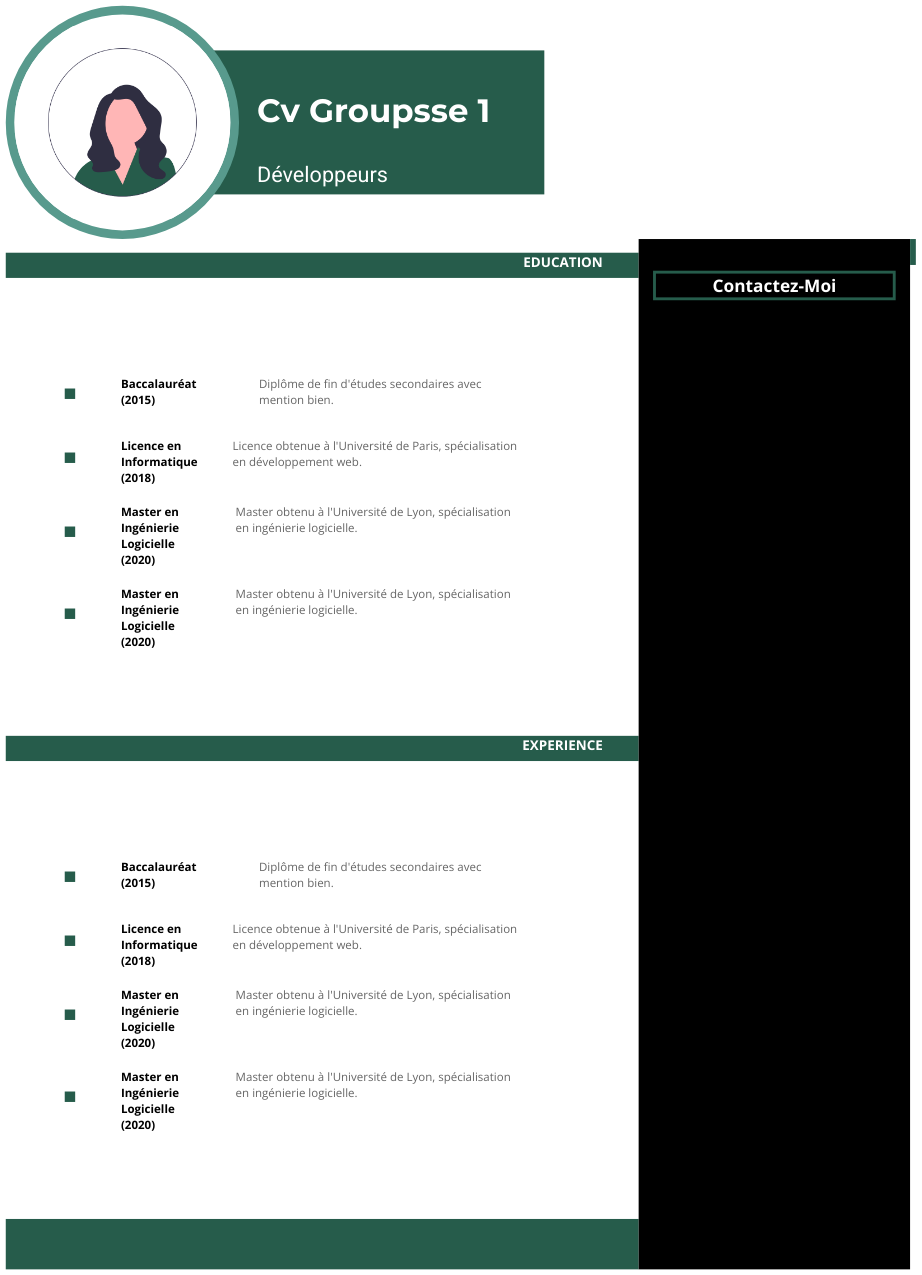
Repository: NdiongueFH/Mon_CV
Page: CV_Groupe1.html
The author's editor kept a copy of each file at every save. The page is drawn from the files as they stood at one save, then again after the next save.
The browser window is 1280 px wide. The pictures show the whole page, at 72% of full size.

Above is the page before, as saved 2024-08-04 18:29:31.

### CV_Groupe1.html
<!DOCTYPE html>
<html lang="fr">
<head>
    <meta charset="UTF-8">
    <meta name="viewport" content="width=device-width, initial-scale=1.0">
    <!--Lin Font Awesome-->
    <link rel="stylesheet" href="https://cdnjs.cloudflare.com/ajax/libs/font-awesome/6.0.0-beta3/css/all.min.css" integrity="sha384-k6RqeWeci5ZR/Lv4MR0sA0FfDOMq0Vd5f3QEOQ2B7t9/o3r5ABTTHh1J/mFXP3j8" crossorigin="anonymous">
    <!--Intégration de police d'écriture via un lien web-->
    <link href="https://fonts.googleapis.com/css2?family=Montserrat:wght@400;700&family=Open+Sans:wght@400;700&family=Roboto:wght@400;500&display=swap" rel="stylesheet">
    <!--Intégration de notre lien CSS-->
    <link rel="stylesheet" href="CV_Groupe1.css">
    <title>MON CV</title>

</head>
<body>
    <!--section principale-->
    <section id="principal">

        <!--Début Partie Ndiawar-->

        <!--la partie profile de notre cv-->
        <section id="profile">
            <!--identité-->
            <div id="identite">
                <!--image-->
                <div class="image">
                    <img id="image_profil" src="./image/profil.png" alt="" sizes="30" srcset="">
                </div>
                <!--fin image-->
                <!--debut nom-->
                <div class="nom">
                    <h1 id="name_cv">Cv Groupsse 1</h1>
                    <span id="function">Développeurs</span>
                </div>
                <!--fin nom-->
            </div>
            <!--fin identité-->
        </section>
        <!--fin de la partie profile-->

        <!--Fin Partie Ndiawar Diop-->


        <!--le debut du corp de notre cv-->
        <section  id="renseignement">
            <!--corp -->
            <div id="corps">
                <!--debut blanc-->
                <div class="blanc">


                    <!--Début Partie Anta Maguette Faye-->


                    <!--education-->
                    <div class="edu_exp">
                        <!--titre education-->
                        <div class="titre_edu_exp">
                            <h1 class="h1_titr">
                                EDUCATION
                            </h1>
                        </div>
                        <!--fin titre education-->
                        <!--parti education-->
                        <div id="info_edu">
                            <ul class="liste-diplomes">
                                <li>
                                    <div class="info">
                                        <span class="diplome">Baccalauréat</span>
                                        <span class="annee">(2015)</span>
                                    </div>
                                    <p class="description">Diplôme de fin d'études secondaires avec mention bien.</p>
                                </li>
                                <li>
                                    <div class="info">
                                        <span class="diplome">Licence en Informatique</span>
                                        <span class="annee">(2018)</span>
                                    </div>
                                    <p class="description">Licence obtenue à l'Université de Paris, spécialisation en développement web.</p>
                                </li>
                                <li>
                                    <div class="info">
                                        <span class="diplome">Master en Ingénierie Logicielle</span>
                                        <span class="annee">(2020)</span>
                                    </div>
                                    <p class="description">Master obtenu à l'Université de Lyon, spécialisation en ingénierie logicielle.</p>
                                </li>
                                <li>
                                    <div class="info">
                                        <span class="diplome">Master en Ingénierie Logicielle</span>
                                        <span class="annee">(2020)</span>
                                    </div>
                                    <p class="description">Master obtenu à l'Université de Lyon, spécialisation en ingénierie logicielle.</p>
                                </li>
                            </ul>
                        </div>
                        <!--fin parti education-->
                    </div>
                    <!--fin education-->


                    <!--Fin Partie Anta Maguette Faye-->

                    <!--Début Partie Fatoumata Hawa Ndiongue-->

                    <!--experience-->
                    <div class="edu_exp" >
                        <!--titre experience-->
                        <div class="titre_edu_exp">
                            <h1 class="h1_titr">
                                EXPERIENCE
                            </h1>
                        </div>
                        <!--fin titre experience-->
                        <!--parti experience-->
                        <div id="info_exp">
                            <ul class="liste-diplomes">
                                <li>
                                    <div class="info">
                                        <span class="diplome">Baccalauréat</span>
                                        <span class="annee">(2015)</span>
                                    </div>
                                    <p class="description">Diplôme de fin d'études secondaires avec mention bien.</p>
                                </li>
                                <li>
                                    <div class="info">
                                        <span class="diplome">Licence en Informatique</span>
                                        <span class="annee">(2018)</span>
                                    </div>
                                    <p class="description">Licence obtenue à l'Université de Paris, spécialisation en développement web.</p>
                                </li>
                                <li>
                                    <div class="info">
                                        <span class="diplome">Master en Ingénierie Logicielle</span>
                                        <span class="annee">(2020)</span>
                                    </div>
                                    <p class="description">Master obtenu à l'Université de Lyon, spécialisation en ingénierie logicielle.</p>
                                </li>
                                <li>
                                    <div class="info">
                                        <span class="diplome">Master en Ingénierie Logicielle</span>
                                        <span class="annee">(2020)</span>
                                    </div>
                                    <p class="description">Master obtenu à l'Université de Lyon, spécialisation en ingénierie logicielle.</p>
                                </li>
                            </ul>
                        </div>
                        <!--fin parti experience-->
                    </div>
                    <!--fin experience-->

                    <!--Début Footer-->
                    <div id="footer">

                    </div>
                    <!--Fin Footer-->

                    <!--Fin Partie Fatoumata Hawa Ndiongue-->

                </div>
                <!--fin blanc-->

                <!--Début Moustapha Dieng-->


                <!--debut noir-->
                <div class="noir">
                    <!--contact-->
                    <div class="contact">
                        <!--titre contact-->
                        <div class="title">
                            <h1 class="titre_contact_skill">
                                Contactez-Moi
                            </h1>
                        </div>
                        <!--fin titre contact-->
                        <!-- donnee contact-->
                        <!--<div class="donnees_contact">
                            <ul class="list_contact">
                                <li>
                                    <p class="icon_contact">
                                        <i class="fas fa-map-marker-alt"></i> Adresse
                                    </p>
                                    <div class="contactez">
                                        <span class="detail">17000.Dakar, Sénégal</span>
                                        <span class="desc">Sénégal, Afrique</span>
                                    </div>
                                </li>
                            </ul>
                            <ul class="list_contact">
                                <li>
                                    <p class="icon_contact">
                                        <i class="fas fa-globe"></i> Web
                                    </p>
                                    <div class="contactez">
                                        <span class="detail">www.monportfolio.com</span>
                                        <span class="desc">moncv@gmail.com</span>
                                    </div>
                                </li>
                            </ul>
                            <ul class="list_contact">
                                <li>
                                    <p class="icon_contact">
                                        <i class="fas fa-phone-alt"></i> Phone
                                    </p>
                                    <div class="contactez">
                                        <span class="detail">00(221) 77 000 00 00</span>
                                        <span class="desc">00(221) 33 000 00 00</span>
                                    </div>
                                </li>
                            </ul>
                        </div>-->
                        <!-- End Contact Data -->
                    </div>
                        <!--fin donnee contact-->
                    </div>
                    <!--fin contact-->
                    <!--skill-->
                    <div class="skill">
                        <!--titre skill-->
                        <div class="titre_contact_skill">
                            <h1></h1>
                        </div>
                        <!--fin titre skill-->
                        <!--donné skill-->
                        <div class="donnees_skill"></div>
                        <!--fin donné skill-->
                    </div>
                    <!--fin skill-->
                    <!--resaux socio-->
                    <div id="resaux"></div>
                    <!--fin resaux socio-->
                </div>
                <!--fin noir-->

                <!--Fin Moustapha Dieng-->


            </div>
            <!--fin corp-->

        </section>
        <!--la fin du corp de notre cv-->
    </section>
    <!--Fin section principale-->

</body>
</html>

### CV_Groupe1.css
/*Le pseudo-élément `:root` en CSS permet de définir des variables globales pour un document,
représentant l'élément `<html>`. Utilisé pour centraliser la gestion des styles comme
les couleurs et les polices, il facilite la maintenance du CSS en rendant
les valeurs facilement réutilisables et modifiables dans toute la feuille de style.*/

:root {
    /* Définition des couleurs de base */
    --teal-1: #265C4B; /* Teal foncé */
    --teal-2: #146551; /* Teal moyen foncé */
    --teal-3: #007566; /* Teal vif */
    --teal-4: #589A8D; /* Teal clair */
    --teal-5: #fff; /* Blanc très clair */
    --Noir-6: #000000; /*Noir*/
    --Blanc-7: #ffffff; /*Blanc*/

    /* Utilisation des couleurs pour différents éléments */

    --color-title: var(--teal-1); /* Couleur pour les titres */
    --color-subtitle: var(--teal-3); /* Couleur pour les sous-titres */
    --color-paragraph: var(--teal-2); /* Couleur pour les paragraphes */
    --color-border: var(--teal-4); /* Couleur pour les bordures */
    --color-backgroundFoncé: var(--teal-1); /*Couleur de fond foncée*/
    --color-background: var(--teal-5); /* Couleur de fond général */
    --color-text: var(--Noir-6); /*Couleur pour le texte de fond*/
    --color-white: var(--Blanc-7); /*Couleur blanche pour les texte de fon d'une balise"*/
}

/*Intégration de nos polices d'écritures générales pour notre texte, titre et les sous-titres*/
:root {
    /* Polices */
    --font-title: 'Montserrat', sans-serif;
    --font-text: 'Open Sans', sans-serif;
    --font-subtitle: 'Roboto', sans-serif;

    /* Taille de police standard et poids */
    --font-size-normal: 16px; /* Taille de police standard pour le texte */
    --font-size-title: 28px; /* Taille de police pour les grands titres */
    --font-size-subtitle: 20px; /* Taille de police pour les sous-titres */
    --font-weight-normal: 400; /* Poids normal de la police */
    --font-weight-bold: 700; /* Poids en gras */
    /*Pour le profil la taile du nom et du sous-titre*/
    --font-size-titleProfil: 45px;
    --font-size-subtitleProfil: 30px;
}

/*Initialisation de notre body pour supprimer les marges et choix du type de police pour notre site*/
body {
    color: var(--color-text);
    background-color: var(--color-background);
    font-family: var(--font-text);
    font-size: var(--font-size-normal);
    font-weight: var(--font-weight-normal);
}

/*Partie Ndiawar Diop*/
    /*Début partie profil de Mon_CV*/

/*Div Identité*/
#identite {
    display: flex;
    align-items: center; /* Pour aligner verticalement les éléments à l'intérieur */
    background: none;
}
/*Image*/
.image {
    background-color: var(--color-background);
    border: 12px solid var(--color-border);
    width: 300px;  /* Assurez-vous que le conteneur est carré */
    height: 300px;
    border-radius: 50%;  /* Rend l'image ronde */
    overflow: hidden;  /* Cache les parties de l'image qui débordent */
    z-index: 2; /* Nous Plaçons l'image au-dessus de .nom */
    position: relative; /* Nécessaire pour appliquer z-index */
}

#image_profil {
    width: 100%;
    height: 100%;
    object-fit: contain;  /* Garantit que l'image couvre tout l'espace sans déformation */
}
/*Le nom du profil*/
.nom {
    background-color: var(--color-backgroundFoncé);
    width: 30%;
    height: 200px; /* Aligner la hauteur avec celle de l'image */
    display: flex;
    color: var(--color-white);
    flex-direction: column;
    justify-content: center;
    text-align: left;
    padding: 0 20px 0 75px;
    margin-left: -50px; /* Ajustement pour le chevauchement */
    z-index: 1; /* S'assurer que .nom se superpose à .image */
    position: relative;
}
#name_cv{
    font-family: var(--font-title);
    font-size: var(--font-size-titleProfil);
    font-weight: var(--font-weight-bold);
}
#function {
    font-family: var(--font-subtitle);
    font-size: var(--font-size-subtitleProfil);
    font-weight: var(--font-weight-normal);
}
    /*Fin Partie profil de Mon_Cv*/
/*Fin Partie Ndiawar Diop*/

/*Partie Section 2*/
#corps {
    display: flex;
}
.blanc {
    width: 70%;

}
    /*Partie Anta Maquette Faye
.titre_edu_exp {
}*/
.h1_titr {
    height: 35px;
    padding-right: 50px;
    background-color: var(--color-backgroundFoncé);
    text-align: right;
    color: var(--color-white);

}

    /*Partie Education*/
    #info_edu {
        max-width: 600px;
        margin: 120px;
    }
    #info_exp{
        max-width: 600px;
        margin: 120px;
    }
    .liste-diplomes li {
        display: flex;
        align-items: baseline;
        margin-bottom: 10px;
        position: relative; /* Position relative pour placer les puces */
    }

    .liste-diplomes li::before {
        content: "■"; /* Utiliser un carré comme puce */
        color: #265C4B; /* Teal foncé */
        font-size: 30px;
        position: absolute;
        left: -80px; /* Position de la puce */
        top: 50%;
        transform: translateY(-50%);
    }

    .info {
        width: 200px; /* Largeur fixe pour le diplôme et l'année */
        font-weight: bold;
        display: flex;
        flex-direction: column;
        justify-content: left;
    }

    .diplome {
        margin-right: 10px; /* Espace entre le diplôme et l'année */
    }

    .description {
        margin-left: 15px; /* Espace entre l'info et la description */
        flex-grow: 1; /* Permet à la description de prendre le reste de l'espace */
        color: #666; /* Couleur de texte pour la description */
    }


    /*Footer*/
    #footer {
        height: 10px;
        padding: 30px;
        background-color: var(--color-backgroundFoncé);
    }

    /*Partie Noir*/
    .noir {
        width: 30%;
        background-color: var(--color-text);
        height: auto;
        color: var(--color-white);
    }
    .contact {
    margin: 0 auto;
    padding: 20px;
    color: var(--color-white);
    display: block;
    align-content: center;
}

.titre_contact_skill {
    font-size: 24px;
    margin-bottom: 20px;
    text-align: center; /* Center the title */
    border: 4px solid var(--color-backgroundFoncé);
}

.donnees_contact {
    display: flex;
    flex-direction: column;
    align-items: flex-start; /* Align contact data to the left */
    margin: 100px;
}

.list_contact {
    list-style: none;
    padding: 0;
    margin: 10px 0;
    width: 100%;
}

.icon_contact {
    font-size: 18px;
    margin-bottom: 5px;
    font-weight: bold;
}

.contactez {
    font-size: 16px;
}

.detail, .desc {
    display: block;
    font-size: 14px;
}

After the next save:
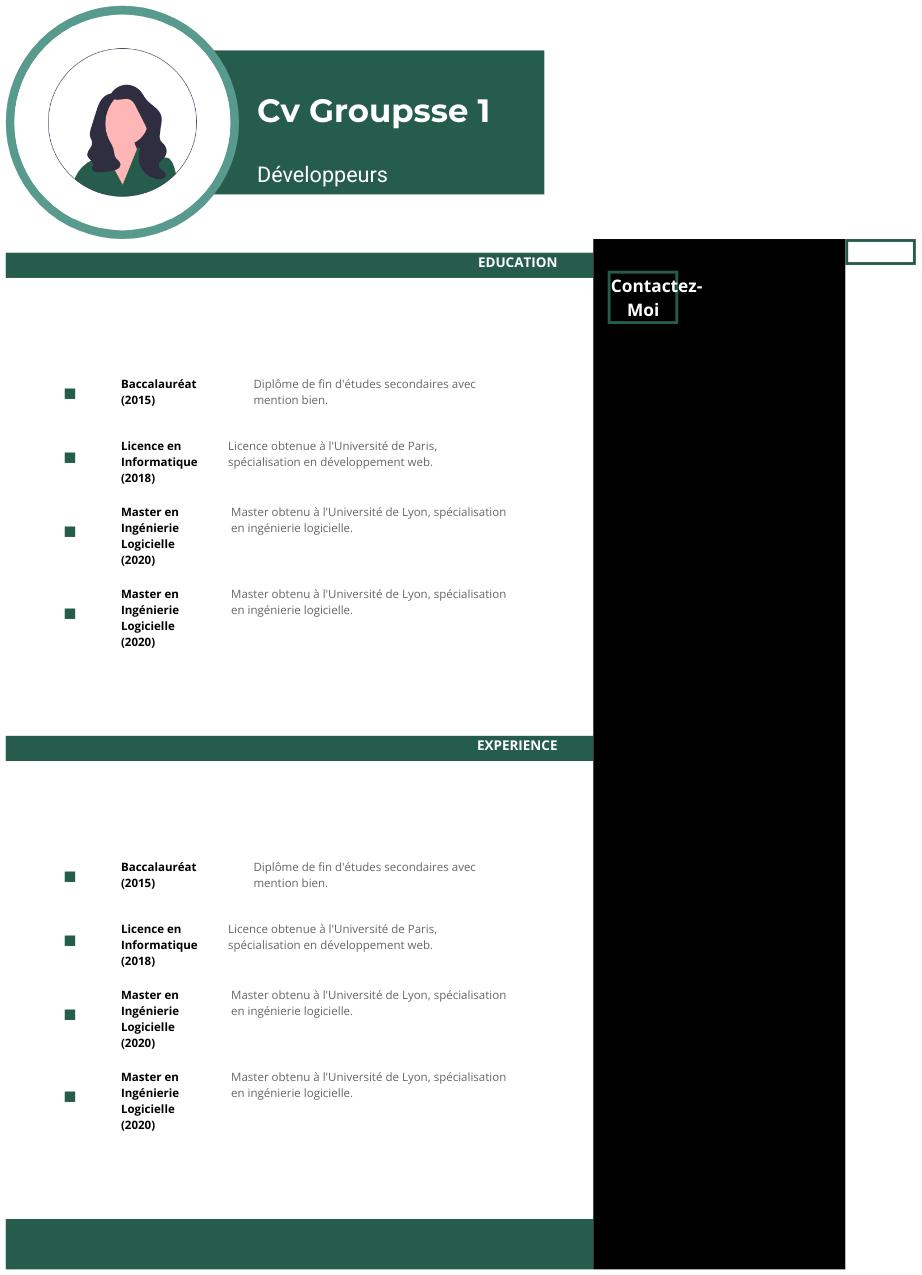
Saved 62 s later.
--- a/CV_Groupe1.css
+++ b/CV_Groupe1.css
@@ -191,14 +191,15 @@
     color: var(--color-white);
     display: block;
     align-content: center;
-}
-
-.titre_contact_skill {
-    font-size: 24px;
-    margin-bottom: 20px;
-    text-align: center; /* Center the title */
-    border: 4px solid var(--color-backgroundFoncé);
-}
+    }
+
+    .titre_contact_skill {
+        font-size: 24px;
+        margin-bottom: 20px;
+        text-align: center; /* Center the title */
+        border: 4px solid var(--color-backgroundFoncé);
+        width: 90px;
+    }
 
 .donnees_contact {
     display: flex;

After the save that followed:
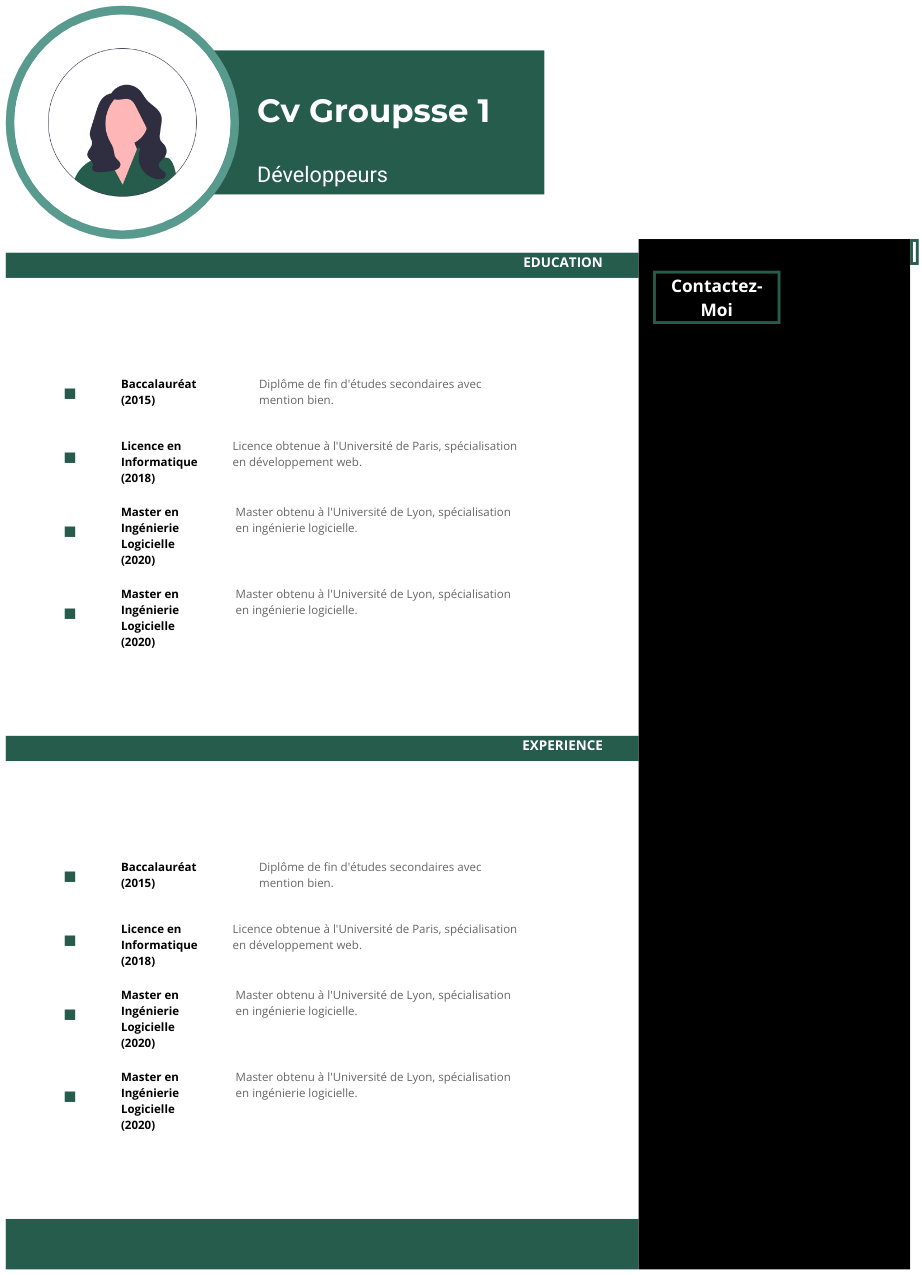
Saved 38 s later.
--- a/CV_Groupe1.css
+++ b/CV_Groupe1.css
@@ -198,7 +198,8 @@
         margin-bottom: 20px;
         text-align: center; /* Center the title */
         border: 4px solid var(--color-backgroundFoncé);
-        width: 90px;
+        width: 50%;
+
     }
 
 .donnees_contact {
